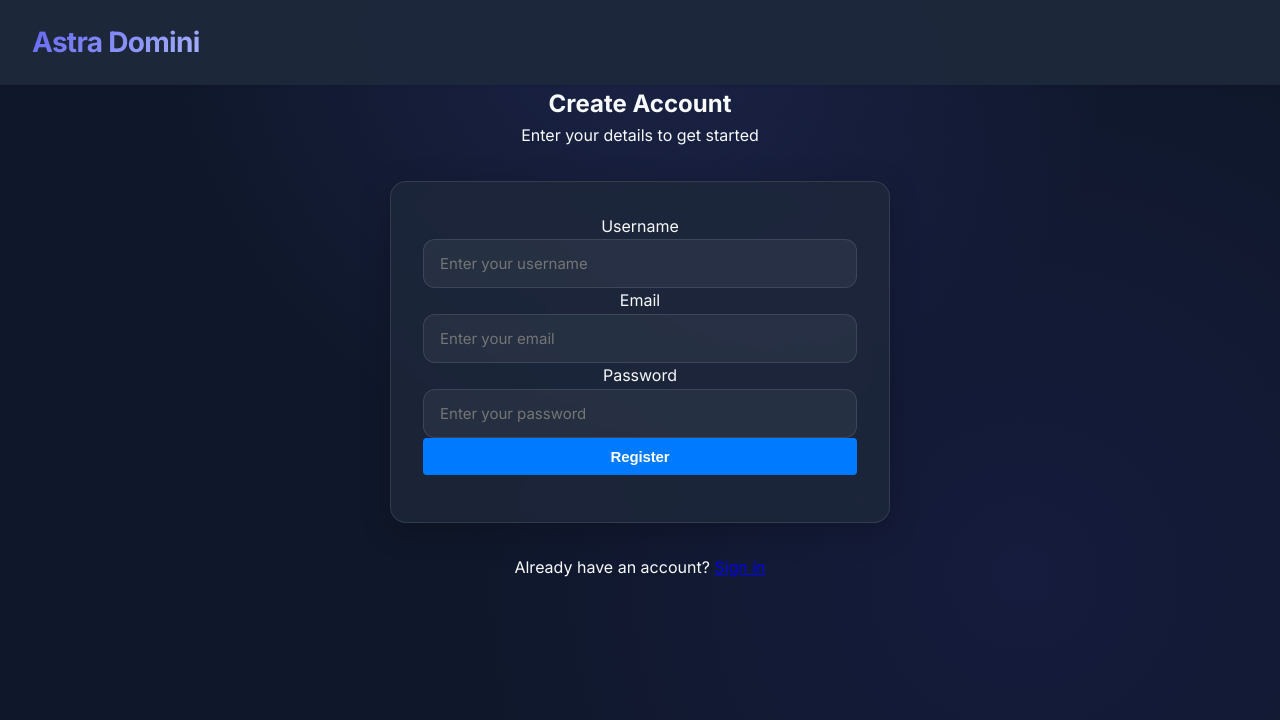
Repository: Resanso/astraReminder
Page: /register
An editor plug-in stored every save of this project. The page is shown before and after the next save, followed by the edit.
The browser window is 1280 px wide. The pictures show the whole page.
Some web fonts or font styles are not loaded; a fallback is used. The project was rebuilt for these pictures with package versions that can differ from the ones it lists, and the page was loaded fresh each time. Some packages were replaced by stand-ins written for this rebuild. Also part of the build but not shown: src/components/TaskList.js, src/components/AdminPanel.js, src/components/Login.js.

Above is the page before, as saved 2025-02-25 00:46:19.

### public/index.html
<!DOCTYPE html>
<html lang="en">
  <head>
    <meta charset="utf-8" />
    <link rel="icon" href="favicon.ico" />
    <meta name="viewport" content="width=device-width, initial-scale=1" />
    <meta name="theme-color" content="#000000" />
    <meta name="description" content="Astra Domini - Fantasy Game Management" />
    <link rel="apple-touch-icon" href="logo192.png" />
    <link rel="manifest" href="manifest.json" />
    <link
      href="https://fonts.googleapis.com/css2?family=Inter:wght@400;500;600;700&display=swap"
      rel="stylesheet"
    />
    <link
      href="https://fonts.googleapis.com/css2?family=Plus+Jakarta+Sans:wght@400;500;600;700&display=swap"
      rel="stylesheet"
    />
    <link
      href="https://api.fontshare.com/v2/css?f[]=clash-display@600,700&display=swap"
      rel="stylesheet"
    />
    <title>Astra Domini</title>
  </head>
  <body>
    <noscript>You need to enable JavaScript to run this app.</noscript>
    <div id="root"></div>
    <!--
      This HTML file is a template.
      If you open it directly in the browser, you will see an empty page.

      You can add webfonts, meta tags, or analytics to this file.
      The build step will place the bundled scripts into the <body> tag.

      To begin the development, run `npm start` or `yarn start`.
      To create a production bundle, use `npm run build` or `yarn build`.
    -->
  </body>
</html>

### src/index.css
@import url("https://fonts.googleapis.com/css2?family=Plus+Jakarta+Sans:wght@400;500;600;700&display=swap");

body {
  margin: 0;
  font-family: "Plus Jakarta Sans", -apple-system, BlinkMacSystemFont,
    "Segoe UI", Roboto, Oxygen, Ubuntu, Cantarell, "Helvetica Neue", sans-serif;
  -webkit-font-smoothing: antialiased;
  -moz-osx-font-smoothing: grayscale;
  line-height: 1.6;
}

code {
  font-family: source-code-pro, Menlo, Monaco, Consolas, "Courier New",
    monospace;
}

* {
  box-sizing: border-box;
  margin: 0;
  padding: 0;
}

::-webkit-scrollbar {
  width: 8px;
}

::-webkit-scrollbar-track {
  background: rgba(255, 255, 255, 0.05);
}

::-webkit-scrollbar-thumb {
  background: rgba(110, 86, 207, 0.5);
  border-radius: 4px;
}

::-webkit-scrollbar-thumb:hover {
  background: rgba(110, 86, 207, 0.7);
}

### src/App.js
import React, { useState, useEffect } from "react";
import {
  BrowserRouter as Router,
  Routes,
  Route,
  Navigate,
} from "react-router-dom";
import { auth } from "./firebase";
import { onAuthStateChanged, signOut } from "firebase/auth";
import TaskList from "./components/TaskList";
import AdminPanel from "./components/AdminPanel";
import Login from "./components/Login";
import Register from "./components/Register";
import "./App.css";

function App() {
  const [user, setUser] = useState(null);
  const [loading, setLoading] = useState(true);

  useEffect(() => {
    const unsubscribe = onAuthStateChanged(auth, (user) => {
      setUser(user);
      setLoading(false);
    });
    return unsubscribe;
  }, []);

  const handleLogout = async () => {
    try {
      await signOut(auth);
    } catch (error) {
      console.error("Error signing out:", error);
    }
  };

  if (loading) return <div>Loading...</div>;

  return (
    <Router basename="/">
      <div className="App">
        <header>
          <h1>Astra Domini</h1>
          {user && (
            <button
              className="logout-btn"
              onClick={handleLogout}
              title="Logout"
            >
              <svg
                className="logout-icon"
                xmlns="http://www.w3.org/2000/svg"
                viewBox="0 0 24 24"
                fill="none"
                stroke="currentColor"
                strokeWidth="2"
                strokeLinecap="round"
                strokeLinejoin="round"
              >
                <path d="M9 21H5a2 2 0 0 1-2-2V5a2 2 0 0 1 2-2h4" />
                <polyline points="16 17 21 12 16 7" />
                <line x1="21" y1="12" x2="9" y2="12" />
              </svg>
            </button>
          )}
        </header>
        <Routes>
          <Route path="/" element={<TaskList />} />
          <Route
            path="/admin"
            element={user ? <AdminPanel /> : <Navigate to="/login" />}
          />
          <Route
            path="/login"
            element={user ? <Navigate to="/admin" /> : <Login />}
          />
          <Route
            path="/register"
            element={user ? <Navigate to="/admin" /> : <Register />}
          />
        </Routes>
      </div>
    </Router>
  );
}

export default App;

### src/firebase.js
// Import the functions you need from the SDKs you need
import { initializeApp } from "firebase/app";
import { getFirestore } from "firebase/firestore";
import { getAuth } from "firebase/auth";
// TODO: Add SDKs for Firebase products that you want to use
// https://firebase.google.com/docs/web/setup#available-libraries

// Your web app's Firebase configuration
// For Firebase JS SDK v7.20.0 and later, measurementId is optional
const firebaseConfig = {
  apiKey: "AIzaSyC5vKNyYoiYqoeDgudvSQoeoFQrEVA_fF8",
  authDomain: "astra-domini.firebaseapp.com",
  projectId: "astra-domini",
  storageBucket: "astra-domini.firebasestorage.app",
  messagingSenderId: "711846096621",
  appId: "1:711846096621:web:fc97db572dc81c002ea6e4",
  measurementId: "G-YBZY4XPSGD",
};

// Initialize Firebase only on client side
let app;
let db;
let auth;

if (typeof window !== "undefined") {
  app = initializeApp(firebaseConfig);
  db = getFirestore(app);
  auth = getAuth(app);
}

export { db, auth };

### src/components/Register.js
import React, { useState } from "react";
import { auth } from "../firebase";
import { createUserWithEmailAndPassword, updateProfile } from "firebase/auth";
import { useNavigate, Link } from "react-router-dom";

const Register = () => {
  const [email, setEmail] = useState("");
  const [password, setPassword] = useState("");
  const [username, setUsername] = useState("");
  const [error, setError] = useState("");
  const navigate = useNavigate();

  const handleSubmit = async (e) => {
    e.preventDefault();
    try {
      const userCredential = await createUserWithEmailAndPassword(
        auth,
        email,
        password
      );
      // Set username as displayName
      await updateProfile(userCredential.user, {
        displayName: username,
      });
      navigate("/admin");
    } catch (error) {
      setError("Registrasi gagal: " + error.message);
    }
  };

  return (
    <div className="auth-container">
      <div className="auth-card">
        <div className="auth-header">
          <h2>Create Account</h2>
          <p className="auth-subtitle">Enter your details to get started</p>
        </div>
        {error && <p className="error-message">{error}</p>}
        <form onSubmit={handleSubmit} className="auth-form">
          <div className="form-group">
            <label>Username</label>
            <div className="input-group">
              <i className="fas fa-user"></i>
              <input
                type="text"
                placeholder="Enter your username"
                value={username}
                onChange={(e) => setUsername(e.target.value)}
                required
              />
            </div>
          </div>
          <div className="form-group">
            <label>Email</label>
            <div className="input-group">
              <i className="fas fa-envelope"></i>
              <input
                type="email"
                placeholder="Enter your email"
                value={email}
                onChange={(e) => setEmail(e.target.value)}
                required
              />
            </div>
          </div>
          <div className="form-group">
            <label>Password</label>
            <div className="input-group">
              <i className="fas fa-lock"></i>
              <input
                type="password"
                placeholder="Enter your password"
                value={password}
                onChange={(e) => setPassword(e.target.value)}
                required
              />
            </div>
          </div>
          <button type="submit" className="auth-submit">
            Register
          </button>
        </form>
        <p className="auth-redirect">
          Already have an account? <Link to="/login">Sign in</Link>
        </p>
      </div>
    </div>
  );
};

export default Register;

### src/App.css
:root {
  --background-primary: #0f172a;
  --background-secondary: #1e293b;
  --text-primary: #f8fafc;
  --text-secondary: #94a3b8;
  --accent-primary: #6366f1;
  --accent-secondary: #4f46e5;
  --border-color: rgba(255, 255, 255, 0.1);
  --success-color: #10b981;
  --error-color: #ef4444;
  --card-shadow: 0 8px 32px rgba(0, 0, 0, 0.2);
  --glass-background: rgba(30, 41, 59, 0.4);
  --transition-base: all 0.3s ease;
  --font-sans: "Inter", -apple-system, BlinkMacSystemFont, "Segoe UI", Roboto,
    sans-serif;
}

/* Import Inter font */
@import url("https://fonts.googleapis.com/css2?family=Inter:wght@400;500;600;700&display=swap");

body {
  font-family: var(--font-sans);
  background-color: var(--background-primary);
  color: var(--text-primary);
  min-height: 100vh;
  background-image: radial-gradient(
      circle at 50% 0%,
      rgba(99, 102, 241, 0.15) 0%,
      transparent 50%
    ),
    radial-gradient(
      circle at 80% 80%,
      rgba(79, 70, 229, 0.1) 0%,
      transparent 50%
    );
}

.App {
  text-align: center;
  position: relative;
}

.App-logo {
  height: 40vmin;
  pointer-events: none;
}

@media (prefers-reduced-motion: no-preference) {
  .App-logo {
    animation: App-logo-spin infinite 20s linear;
  }
}

.App-header {
  background-color: #282c34;
  min-height: 100vh;
  display: flex;
  flex-direction: column;
  align-items: center;
  justify-content: center;
  font-size: calc(10px + 2vmin);
  color: white;
}

.App-link {
  color: #61dafb;
}

@keyframes App-logo-spin {
  from {
    transform: rotate(0deg);
  }
  to {
    transform: rotate(360deg);
  }
}

/* Header Styles */
header {
  background-color: rgba(30, 41, 59, 0.95);
  backdrop-filter: blur(8px);
  padding: 1.25rem 2rem;
  box-shadow: 0 1px 3px rgba(0, 0, 0, 0.1);
  position: sticky;
  top: 0;
  z-index: 100;
  display: flex;
  justify-content: space-between;
  align-items: center;
}

header h1 {
  font-size: 1.75rem;
  font-weight: 700;
  letter-spacing: -0.025em;
  background: linear-gradient(135deg, var(--accent-primary), #a5b4fc);
  -webkit-background-clip: text;
  background-clip: text;
  color: transparent;
}

.task-list {
  max-width: 1200px;
  margin: 3rem auto;
  padding: 0 2rem;
  display: grid;
  grid-template-columns: repeat(auto-fill, minmax(320px, 1fr));
  gap: 2rem;
}

.task-card {
  background: var(--glass-background);
  backdrop-filter: blur(16px);
  border: 1px solid var(--border-color);
  border-radius: 1.5rem;
  padding: 2rem;
  transition: var(--transition-base);
  box-shadow: var(--card-shadow);
}

.task-card:hover {
  transform: translateY(-4px);
  box-shadow: 0 12px 24px -8px rgba(0, 0, 0, 0.3);
}

.task-card h3 {
  font-weight: 600;
  letter-spacing: -0.02em;
  font-size: 1.25rem;
  margin-bottom: 1.25rem;
  color: var(--text-primary);
}

.task-card p {
  color: var(--text-secondary);
  line-height: 1.6;
  font-size: 0.9375rem;
}

.button-group button,
.auth-form button,
.admin-panel button {
  padding: 0.75rem 1.5rem;
  border-radius: 0.75rem;
  border: none;
  font-weight: 600;
  font-size: 0.9375rem;
  letter-spacing: -0.01em;
  transition: var(--transition-base);
  cursor: pointer;
  display: inline-flex;
  align-items: center;
  justify-content: center;
  gap: 0.5rem;
}

.login-btn,
.add-task-btn {
  background: linear-gradient(
    135deg,
    var(--accent-primary),
    var(--accent-secondary)
  );
  color: white;
}

.login-btn:hover,
.add-task-btn:hover {
  filter: brightness(1.1);
  transform: translateY(-1px);
}

.back-btn {
  background-color: rgba(255, 255, 255, 0.1);
  color: var(--text-primary);
}

.logout-btn {
  background: none;
  border: none;
  padding: 8px;
  cursor: pointer;
  color: var(--text-primary);
  display: flex;
  align-items: center;
  justify-content: center;
  border-radius: 50%;
  transition: var(--transition-base);
}

.logout-btn:hover {
  background-color: rgba(239, 68, 68, 0.2);
  transform: scale(1.1);
}

.logout-icon {
  width: 24px;
  height: 24px;
  color: #ef4444;
}

.admin-panel {
  background: rgba(30, 41, 59, 0.8);
  backdrop-filter: blur(10px);
  border: 1px solid rgba(255, 255, 255, 0.1);
  border-radius: 1rem;
  padding: 2rem;
  max-width: 500px;
  margin: 2rem auto;
  box-shadow: var(--card-shadow);
}

.admin-panel form {
  display: flex;
  flex-direction: column;
  gap: 10px;
}

.admin-panel input,
.admin-panel textarea {
  width: 100%;
  padding: 0.875rem 1rem;
  background-color: rgba(255, 255, 255, 0.05);
  border: 1px solid var(--border-color);
  border-radius: 0.75rem;
  color: var(--text-primary);
  font-family: inherit;
  font-size: 0.9375rem;
  transition: var(--transition-base);
}

.admin-panel input:focus,
.admin-panel textarea:focus {
  border-color: var(--accent-primary);
  box-shadow: 0 0 0 3px rgba(99, 102, 241, 0.2);
  outline: none;
}

.admin-panel button {
  padding: 10px;
  background-color: #007bff;
  color: white;
  border: none;
  border-radius: 5px;
  cursor: pointer;
}

.admin-panel select {
  background-color: rgba(255, 255, 255, 0.1);
  border: 1px solid var(--border-color);
  color: var(--text-primary);
  border-radius: 8px;
  padding: 0.75rem;
  width: 100%;
  margin-bottom: 1rem;
  font-size: 0.9375rem;
  cursor: pointer;
}

.admin-panel select option {
  background-color: var(--background-secondary);
  color: var(--text-primary);
  padding: 0.75rem;
}

.admin-panel select:focus {
  outline: none;
  border-color: var(--accent-primary);
  box-shadow: 0 0 0 2px rgba(110, 86, 207, 0.2);
}

.login-form {
  max-width: 400px;
  margin: 40px auto;
  padding: 20px;
  border: 1px solid #ddd;
  border-radius: 5px;
}

.login-form input {
  width: 100%;
  padding: 10px;
  margin-bottom: 10px;
  border: 1px solid #ddd;
  border-radius: 4px;
}

.login-form button {
  width: 100%;
  padding: 10px;
  background-color: #007bff;
  color: white;
  border: none;
  border-radius: 4px;
  cursor: pointer;
}

.error {
  color: var(--error-color);
  background-color: rgba(239, 68, 68, 0.1);
  padding: 1rem;
  border-radius: 8px;
  margin: 1rem 0;
}

.task-header {
  display: flex;
  justify-content: space-between;
  align-items: center;
  margin-bottom: 20px;
}

.login-btn {
  padding: 8px 16px;
  background-color: #007bff;
  color: white;
  border: none;
  border-radius: 4px;
  cursor: pointer;
}

.login-btn:hover {
  background-color: #0056b3;
}

.auth-form {
  background: rgba(30, 41, 59, 0.8);
  backdrop-filter: blur(10px);
  border: 1px solid rgba(255, 255, 255, 0.1);
  border-radius: 1rem;
  padding: 2rem;
  max-width: 500px;
  margin: 2rem auto;
  box-shadow: var(--card-shadow);
}

.auth-form input {
  width: 100%;
  padding: 0.875rem 1rem;
  background-color: rgba(255, 255, 255, 0.05);
  border: 1px solid var(--border-color);
  border-radius: 0.75rem;
  color: var(--text-primary);
  font-family: inherit;
  font-size: 0.9375rem;
  transition: var(--transition-base);
}

.auth-form input:focus {
  border-color: var(--accent-primary);
  box-shadow: 0 0 0 3px rgba(99, 102, 241, 0.2);
  outline: none;
}

.auth-form button {
  width: 100%;
  padding: 10px;
  background-color: #007bff;
  color: white;
  border: none;
  border-radius: 4px;
  cursor: pointer;
  margin-bottom: 15px;
}

.auth-form button:hover {
  background-color: #0056b3;
}

.auth-form a {
  color: #007bff;
  text-decoration: none;
}

.auth-form a:hover {
  text-decoration: underline;
}

.task-creator {
  color: var(--text-secondary);
  font-size: 0.875rem;
  margin-top: 1rem;
}

.add-task-btn {
  padding: 8px 16px;
  background-color: #28a745;
  color: white;
  border: none;
  border-radius: 4px;
  cursor: pointer;
}

.add-task-btn:hover {
  background-color: #218838;
}

.button-group {
  display: flex;
  gap: 10px;
  align-items: center;
}

.back-btn {
  padding: 8px 16px;
  background-color: #6c757d;
  color: white;
  border: none;
  border-radius: 4px;
  cursor: pointer;
}

.back-btn:hover {
  background-color: #5a6268;
}

/* Responsive Design */
@media (max-width: 768px) {
  header {
    padding: 1rem;
  }

  header h1 {
    font-size: 1.5rem;
  }

  .task-header {
    flex-direction: column;
    gap: 1rem;
  }

  .button-group {
    flex-wrap: wrap;
    justify-content: center;
  }

  .admin-panel,
  .auth-form {
    margin: 1rem;
    padding: 1.5rem;
  }

  .task-list {
    padding: 0 1rem;
    margin: 2rem auto;
  }

  .task-card {
    padding: 1.5rem;
  }
}

/* Loading Animation */
.loading {
  display: flex;
  justify-content: center;
  align-items: center;
  min-height: 200px;
  color: var(--accent-primary);
}

.loading::after {
  content: "";
  width: 30px;
  height: 30px;
  border: 3px solid var(--accent-primary);
  border-top-color: transparent;
  border-radius: 50%;
  animation: spinner 0.8s linear infinite;
}

@keyframes spinner {
  to {
    transform: rotate(360deg);
  }
}

Loaded but not shown: src/index.js (common file); src/reportWebVitals.js (common file)

After the next save:
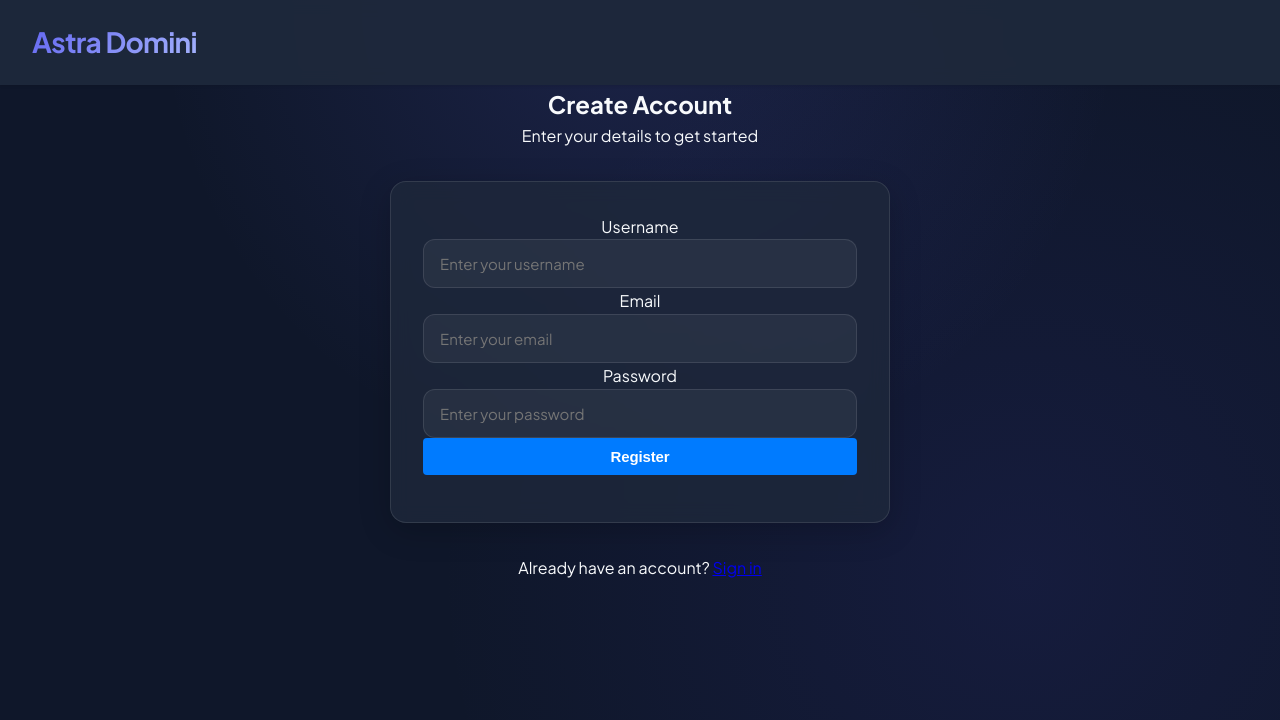
Saved 2 s later.
--- a/src/App.css
+++ b/src/App.css
@@ -11,12 +11,15 @@
   --card-shadow: 0 8px 32px rgba(0, 0, 0, 0.2);
   --glass-background: rgba(30, 41, 59, 0.4);
   --transition-base: all 0.3s ease;
-  --font-sans: "Inter", -apple-system, BlinkMacSystemFont, "Segoe UI", Roboto,
-    sans-serif;
+  --font-sans: "Plus Jakarta Sans", "Inter", -apple-system, BlinkMacSystemFont,
+    "Segoe UI", Roboto, sans-serif;
+  --font-display: "Clash Display", "Plus Jakarta Sans", sans-serif;
 }
 
 /* Import Inter font */
 @import url("https://fonts.googleapis.com/css2?family=Inter:wght@400;500;600;700&display=swap");
+@import url("https://fonts.googleapis.com/css2?family=Plus+Jakarta+Sans:wght@400;500;600;700&display=swap");
+@import url("https://api.fontshare.com/v2/css?f[]=clash-display@600,700&display=swap");
 
 body {
   font-family: var(--font-sans);
